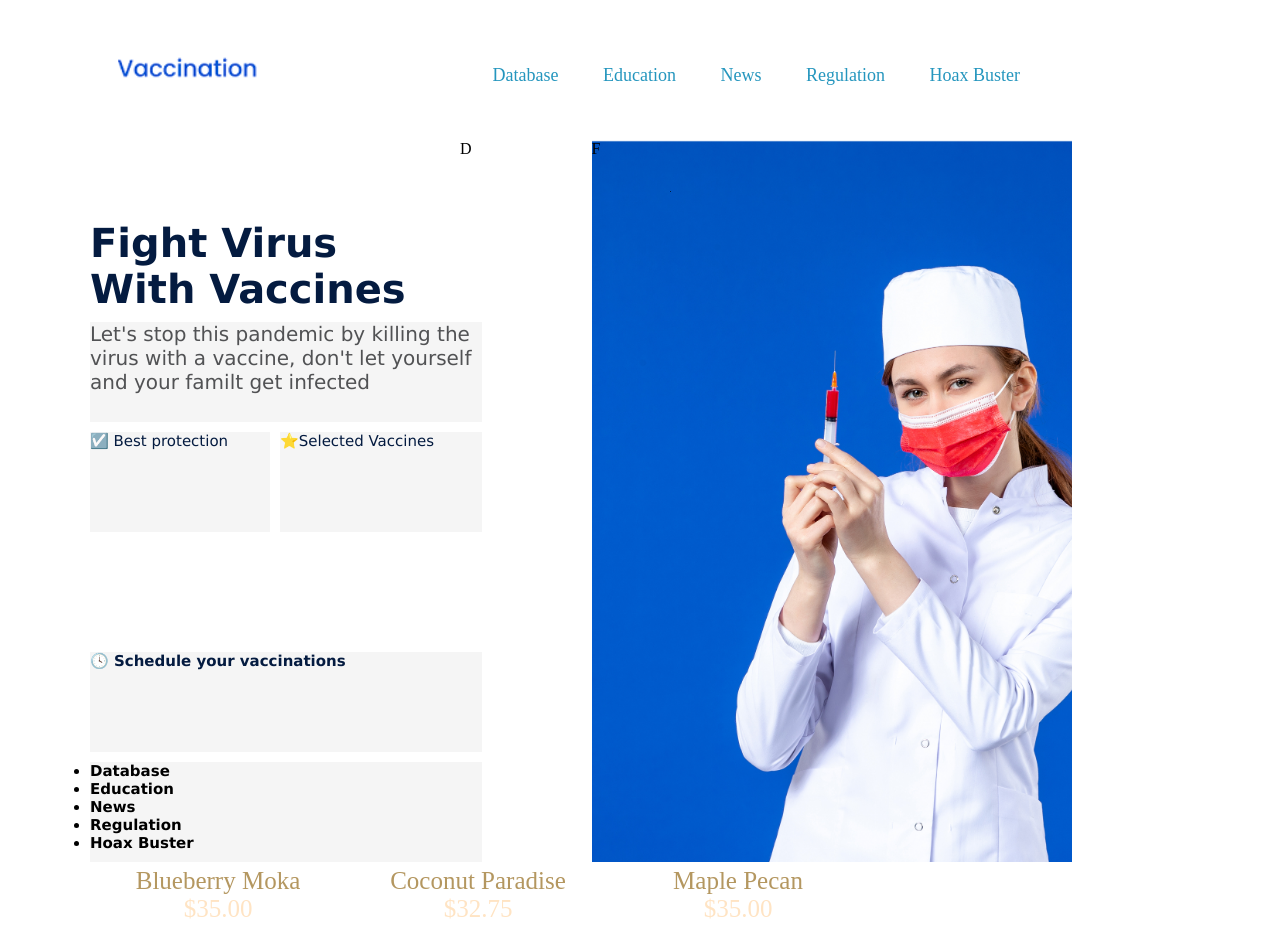
Repository: roge64/cssfrontend
Page: index.html
An editor plug-in stored every save of this project. The page is shown before and after the next save, followed by the edit.
The browser window is 1280 px wide. The pictures show the part of the page from y = 0 to 952 px (the page is 2338 px tall).
A picture or video elsewhere on the page could not be fetched, so the positions and the page height are approximate.

Above is the page before, as saved 2022-03-10 17:14:23.

### index.html
<!DOCTYPE html>
<html lang="en">

<head>
    <meta charset="UTF-8">
    <meta http-equiv="X-UA-Compatible" content="IE=edge">
    <meta name="viewport" content="width=device-width, initial-scale=1.0">
    <title>3 Cakes</title>
    <link rel="stylesheet" href="estilos/estilos.css">


</head>

<body>

    <section id="container">

        <header>
            <!--             <p style="color:#b49760"> Only 3 cakes for 3 months, and then we change all! </p> -->

        </header>

    <section id="banner">

        <article id="banner1">

        </article>

        <article id="banner2">
            <ul class="menu">
                <li><a href="#home"></a>Database</li>
                <li><a href="#cakes"></a>Education</li>
                <li><a href="#decor"></a>News</li>
                <li><a href="#order"></a>Regulation</li>
                <li><a href="#admin"></a>Hoax Buster</li>
                <!-- <li><a href="#void"></a>   </li> -->
            </ul>
        </article>

    </section>


<!--     <section id="tienda">
        <article id="cake1"> </article>
        <article id="cake2"> </article>
        <div class="wrapper">
            <div class="box e">E</div>
            <div class="box f">F</div>
            <div class="box g">G</div>
            <div class="box h">H</div>
        </div>
    </section> -->

    <div class="wrapper">
        <div class="box d">D</div>
        <div class="box e" style="color:#041b40">Fight Virus With Vaccines</div>
        <div class="box f">F</div>
        <div class="box g" style="color:#515254"> Let's stop this pandemic by killing the virus with a vaccine, don't let yourself and your familt get infected</div>
        <div class="box h" style="color:#041b40">☑️ Best protection</div>
        <div class="box i" style="color:#041b40"> ⭐Selected Vaccines</div>
        <div class="box j" style="color:#041b40"> 🕓 Schedule your vaccinations</div>

            <ul class="box k">
                <li><a href="#home"></a>Database</li>
                <li><a href="#cakes"></a>Education</li>
                <li><a href="#decor"></a>News</li>
                <li><a href="#order"></a>Regulation</li>
                <li><a href="#admin"></a>Hoax Buster</li>
            </ul>

    </div>

    <section id="names">
        <article id="name1">
            <p style="color:#b49760"> Blueberry Moka</p>
            <p style="color: bisque"> $35.00</p>
        </article>
        <article id="name2">
            <p style="color:#b49760"> Coconut Paradise</p>
            <p style="color: bisque"> $32.75</p>
        </article>
        <article id="name3">
            <p style="color:#b49760"> Maple Pecan</p>
            <p style="color: bisque"> $35.00</p>
        </article>
    </section>

    <section id="separador">


    </section>

    <section id="social">
        <article id="social1">
            <a href="#"><img src="img/instagram.png" alt="instagram"></a>
            <a href="#"><img src="img/facebook.png" alt="facebook"></a>
            <a href="#"><img src="img/youtube.png" alt="youtube"></a>
            <a href="#"><img src="img/twitter.png" alt="twitter"></a>
        </article>

        <article id="social2">
            <div id="lte_icons-2" class="widget widget_lte_icons">
                <h3 class="lte-header-widget " style="color:bisque"><span class="widget-icon"></span>Contact us
                </h3>
                <ul class="lte-social-icons-list">
                    <li>
                        <a href="#"><span class="lte-ic icon icon-phone-call"></span><span class="lte-header"
                                style="color:bisque">Phone:</span><span class="lte-txt" style="color:#b49760">+52
                                01-2345-6789<br> </span>
                        </a>
                    </li>
                    <li>
                        <a href="#"><span class="lte-ic icon icon-location"></span><span class="lte-header"
                                style="color:bisque">Our location:</span><span class="lte-txt" style="color:#b49760">975
                                FrontEnd Ave, NA 105048, Unknown</span>
                        </a>
                    </li>
                    <li>
                        <a href="#"><span class="lte-ic icon icon-mail"></span><span class="lte-header"
                                style="color:bisque">Email:</span><span class="lte-txt"
                                style="color:#b49760">3cakes@3cakes.com</span>
                        </a>
                    </li>
                    <li>
                        <a href="#">
                            <span class="lte-ic icon icon-mail"></span>
                            <span class="lte-header" style="color:bisque">Hours:</span>
                            <span class="lte-txt" style="color:#b49760">Monday - Friday: 10:00 - 20:00</span>
                            <br>
                            <span class="lte-txt" style="color:#b49760">Saturday -Sunday: 10:00 - 14:00</span>
                        </a>
                    </li>
                </ul>
            </div>

        </article>
    </section>


    <footer>
        <p style="color:#b49760"> Copyright &copy; 2021-<script>
                document.write(new Date().getFullYear())
            </script> Rogelio Valdés All Rights Reserved</p>
        <article id="footer1"></article>
    </footer>

    </section>

</body>

</html>

### estilos/estilos.css
*{
    border: 0 ;
    margin: 0 ;
    padding: 0;
/*     text-decoration: none; */
}

body{
/*     font-family: Geneva; */
    background-color: rgb(0, 0, 0);
    width:1100px;
    margin-left:auto;
    margin-right:auto;

    background-color:white;
/* background-image:
radial-gradient(circle at 100% 150%, black 24%, #101010 24%, #101010 28%, black 28%, black 36%, #101010 36%, #101010 40%, transparent 40%, transparent),
radial-gradient(circle at 0    150%, black 24%, #101010 24%, #101010 28%, black 28%, black 35%, #101010 36%, #101010 40%, transparent 40%, transparent),
radial-gradient(circle at 50%  100%, #101010 10%, black 10%, black 23%, #101010 23%, #101010 30%, black 30%, black 43%, #101010 43%, #101010 50%, black 50%, black 63%, #101010 63%, #101010 71%, transparent 71%, transparent),
radial-gradient(circle at 100% 50%, #101010 5%, black 5%, black 15%, #101010 15%, #101010 20%, black 20%, black 29%, #101010 29%, #101010 34%, black 34%, black 44%, #101010 44%, #101010 49%, transparent 49%, transparent),
radial-gradient(circle at 0    50%, #101010 5%, black 5%, black 15%, #101010 15%, #101010 20%, black 20%, black 29%, #101010 29%, #101010 34%, black 34%, black 44%, #101010 44%, #101010 48%, transparent 49%, transparent);
background-size: 50px 31px;
 */
}

.menu{
    list-style: none;
    padding: 0;
    background: white;
    width: 90%;
    height: 75px;
    max-width: 900px;
    margin: auto;
}

.menu li{
    text-decoration: none;
    color: #2596be;
    padding: 20px;
    display: block;
}

.menu li{
    display: inline-block;
    text-align: right;
}

.menu li:hover{
    background: #2747c5;
}


#container, header, #banner, #noticias, #marcas, footer, #social1{
    /* background-color:rgb(255, 255, 255); */
    background-color:white;
/* background-image:
radial-gradient(circle at 100% 150%, black 24%, #101010 24%, #101010 28%, black 28%, black 36%, #101010 36%, #101010 40%, transparent 40%, transparent),
radial-gradient(circle at 0    150%, black 24%, #101010 24%, #101010 28%, black 28%, black 35%, #101010 36%, #101010 40%, transparent 40%, transparent),
radial-gradient(circle at 50%  100%, #101010 10%, black 10%, black 23%, #101010 23%, #101010 30%, black 30%, black 43%, #101010 43%, #101010 50%, black 50%, black 63%, #101010 63%, #101010 71%, transparent 71%, transparent),
radial-gradient(circle at 100% 50%, #101010 5%, black 5%, black 15%, #101010 15%, #101010 20%, black 20%, black 29%, #101010 29%, #101010 34%, black 34%, black 44%, #101010 44%, #101010 49%, transparent 49%, transparent),
radial-gradient(circle at 0    50%, #101010 5%, black 5%, black 15%, #101010 15%, #101010 20%, black 20%, black 29%, #101010 29%, #101010 34%, black 34%, black 44%, #101010 44%, #101010 48%, transparent 49%, transparent);
background-size: 50px 31px;
 */
    height: 1500px;
    width: 1100px;

}

header{
/*     background-color:antiquewhite;
 */
    height: 40px;
    text-align: center;
    font-size: x-large;

}

#banner{
    background-color:white;
/*     background-color:rgb(25, 25, 25); */
    width: 1100px;
    height: 100px;


}


#noticias{
/*     background-color: antiquewhite;
 */
    height: 200px;
}

#tienda #names{
/*     background-color: grey; */
/* background-color:black;
background-image:
radial-gradient(circle at 100% 150%, black 24%, #101010 24%, #101010 28%, black 28%, black 36%, #101010 36%, #101010 40%, transparent 40%, transparent),
radial-gradient(circle at 0    150%, black 24%, #101010 24%, #101010 28%, black 28%, black 35%, #101010 36%, #101010 40%, transparent 40%, transparent),
radial-gradient(circle at 50%  100%, #101010 10%, black 10%, black 23%, #101010 23%, #101010 30%, black 30%, black 43%, #101010 43%, #101010 50%, black 50%, black 63%, #101010 63%, #101010 71%, transparent 71%, transparent),
radial-gradient(circle at 100% 50%, #101010 5%, black 5%, black 15%, #101010 15%, #101010 20%, black 20%, black 29%, #101010 29%, #101010 34%, black 34%, black 44%, #101010 44%, #101010 49%, transparent 49%, transparent),
radial-gradient(circle at 0    50%, #101010 5%, black 5%, black 15%, #101010 15%, #101010 20%, black 20%, black 29%, #101010 29%, #101010 34%, black 34%, black 44%, #101010 44%, #101010 48%, transparent 49%, transparent);
background-size: 50px 31px; */

    height: 300px;
    width: 1000px;
    padding-left: 10px;
    padding-right: 10px;
    padding-top: 5px;
    text-align: center;
}

#marcas{
/*     background-color:rgb(58, 41, 18); */
    height: 205px;
}


footer{
    width: 800px;
/*     background-color:rgb(0, 0, 0); */
    text-align: center;
    height: 25px;
    padding-top: 7px;

}


#banner #banner1{
/*     background-color: rgb(180, 134, 73); */
    width: 170px;
    height: 50px;
    float: left;
    text-align: center;
/*     display: inline-block; */
    margin: 5px 5px;
    background-image: url("../img/logo1.png");
    background-repeat: no-repeat;
    background-size: cover;
}

#banner #banner2{
/*     background-color: rgb(180, 134, 73); */
    width: 750px;
    height: 100px;
    float: right;
/*     display: inline-block; */
    /* vertical-align: center;  */
    margin: 5px 5px;
    font-size: 18px;
}

#noticias #news1{
/*     background-color: rgb(41, 38, 34); */
    font-size: 50px;

    text-align: center;
    width: 790px;
    height: 200px;
    display: inline-block;
    vertical-align: center;
    margin: 5px 5px;

}


#tienda #cake1{
    background: rgb(109, 175, 33);
    width: 480px;
    height: 485px;
    display: inline-block;
    vertical-align: top;
    margin: 5px 8px;

}

#tienda #cake2{
    background: cornflowerblue;
    width: 450px;
    height: 585px;
    display: inline-block;
    vertical-align: top;
    margin: 5px 70px;
    background-image: url("../img/picx1.png");
    background-repeat: no-repeat;
    background-size: cover;
}

/* #tienda #cake3{
    background: rgb(175, 169, 112);
    width: 240px;
    height: 285px;
    display: inline-block;
    vertical-align: top;
    margin: 5px 5px;
} */

#names #name1{
    font-size: 25px;
    text-align: center;
    width: 240px;
    height: 60px;
    display: inline-block;
    vertical-align: top;
    margin: 5px 8px;
}

#names #name2{
    font-size: 25px;
    text-align: center;
    width: 240px;
    height: 60px;
    display: inline-block;
    vertical-align: top;
    margin: 5px 8px;
}

#names #name3{
    font-size: 25px;
    text-align: center;
    width: 240px;
    height: 60px;
    display: inline-block;
    vertical-align: top;
    margin: 5px 8px;
}

#social #social1{
    text-decoration: none;
/*     background: rgb(109, 175, 33); */
    width: 375px;
    height: 150px;
    display: inline-block;
    vertical-align: center;
    margin: 10px 12px;
}

#social #social2{
    text-decoration: none;
/*     background: rgb(109, 175, 33); */
    width: 375px;
    height: 150px;
    display: inline-block;
    vertical-align: center;
    margin: 10px 10px;
}

#social #social1 {
    color: rgb(175, 169, 112);


}

#separador {
        width: 800px;
        text-align: center;
        height: 100px;

}

.wrapper {
    display: grid;
    grid-template-columns: repeat(1, 1fr);
    gap: 10px;
    grid-auto-rows: minmax(100px, auto);
  }


  .e {
    grid-column: 1 / 38;
    grid-row: 1 / 2;
    margin-top: 80px;
    background-color:white;
    font-family:Verdana, Geneva, Tahoma, sans-serif;
    font-size: 40px;
    font-weight: 600;
    font-stretch: expanded;
  }
  .f {
    grid-column: 50 / 99;
    grid-row: 1 / 7;
    background-color:aqua;
    background-image: url("../img/picx1.png");
    background-repeat: no-repeat;
    background-size: cover;

  }
  .g {
    grid-column: 1 / 40;
    grid-row: 2 / 3;
    margin-top: 20;
    background-color:whitesmoke;
    font-family:Verdana, Geneva, Tahoma, sans-serif;
    font-size: 20px;
    font-weight: 500;
    font-stretch: expanded;
  }
  .h {
    grid-column: 1 / 20;
    grid-row: 3 / 3;
    background-color:whitesmoke;
    font-family:Verdana, Geneva, Tahoma, sans-serif;
    font-size: 15px;
    font-weight: 200;
    font-stretch: expanded;
  }
  .i {
    grid-column: 20 / 40;
    grid-row: 3 / 3;
    background-color:whitesmoke;
    font-family:Verdana, Geneva, Tahoma, sans-serif;
    font-size: 15px;
    font-weight: 200;
    font-stretch: expanded;
  }
  .j {
    grid-column: 1 / 40;
    grid-row: 5 / 5;
    background-color:whitesmoke;
    font-family:Verdana, Geneva, Tahoma, sans-serif;
    font-size: 15px;
    font-weight: 600;
    font-stretch: expanded;
  }
  .k {
    grid-column: 1 / 40;
    grid-row: 6 / 6;
    background-color:whitesmoke;
    font-family:Verdana, Geneva, Tahoma, sans-serif;
    font-size: 15px;
    font-weight: 600;
    font-stretch: expanded;
  }

After the next save:
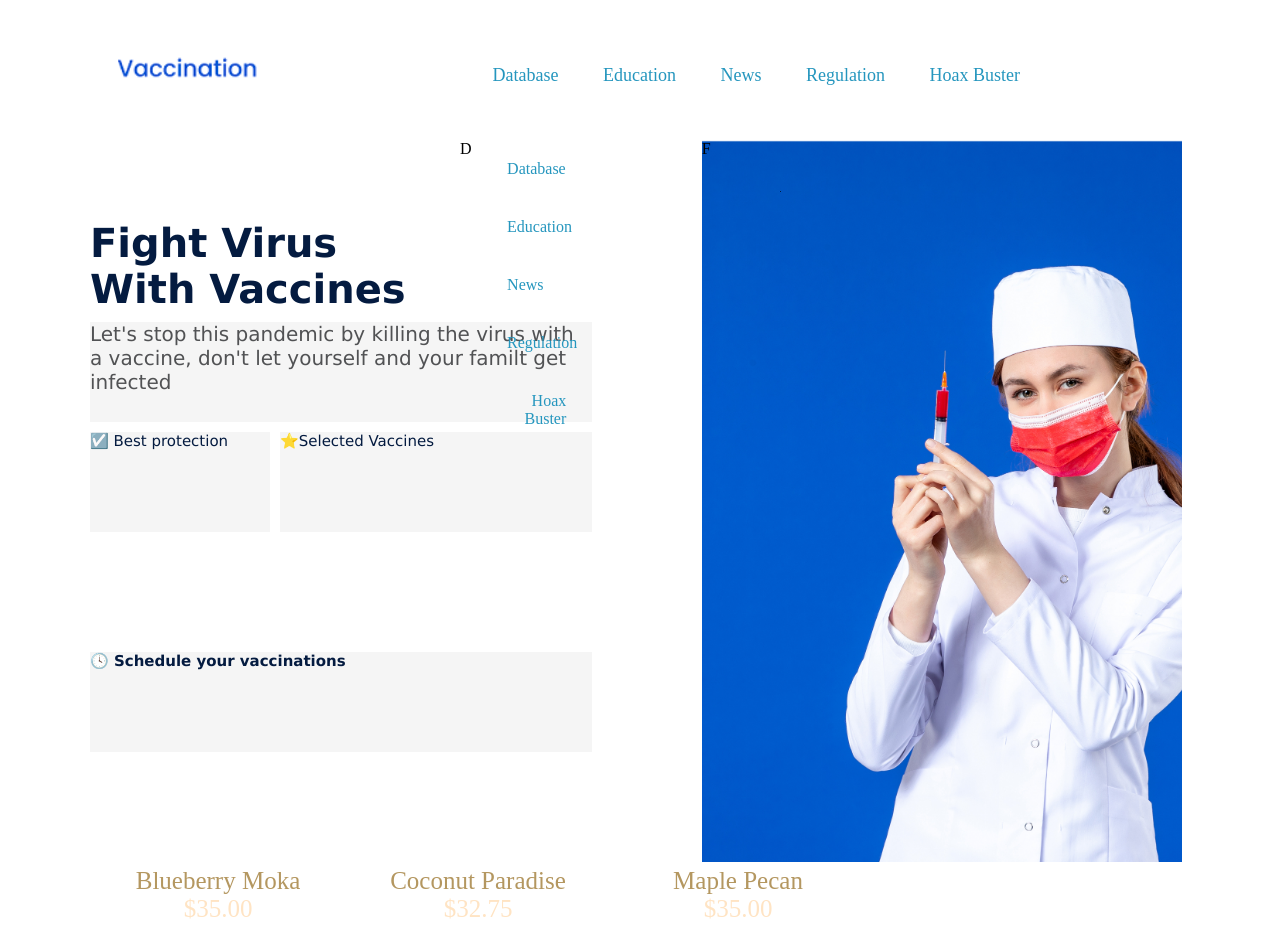
Saved 81 s later.
--- a/index.html
+++ b/index.html
@@ -59,14 +59,16 @@
         <div class="box h" style="color:#041b40">☑️ Best protection</div>
         <div class="box i" style="color:#041b40"> ⭐Selected Vaccines</div>
         <div class="box j" style="color:#041b40"> 🕓 Schedule your vaccinations</div>
-
-            <ul class="box k">
+        <article id="banner2">
+            <ul class="menu">
                 <li><a href="#home"></a>Database</li>
                 <li><a href="#cakes"></a>Education</li>
                 <li><a href="#decor"></a>News</li>
                 <li><a href="#order"></a>Regulation</li>
                 <li><a href="#admin"></a>Hoax Buster</li>
+                <!-- <li><a href="#void"></a>   </li> -->
             </ul>
+        </article>
 
     </div>
 

After the 2 saves that followed:
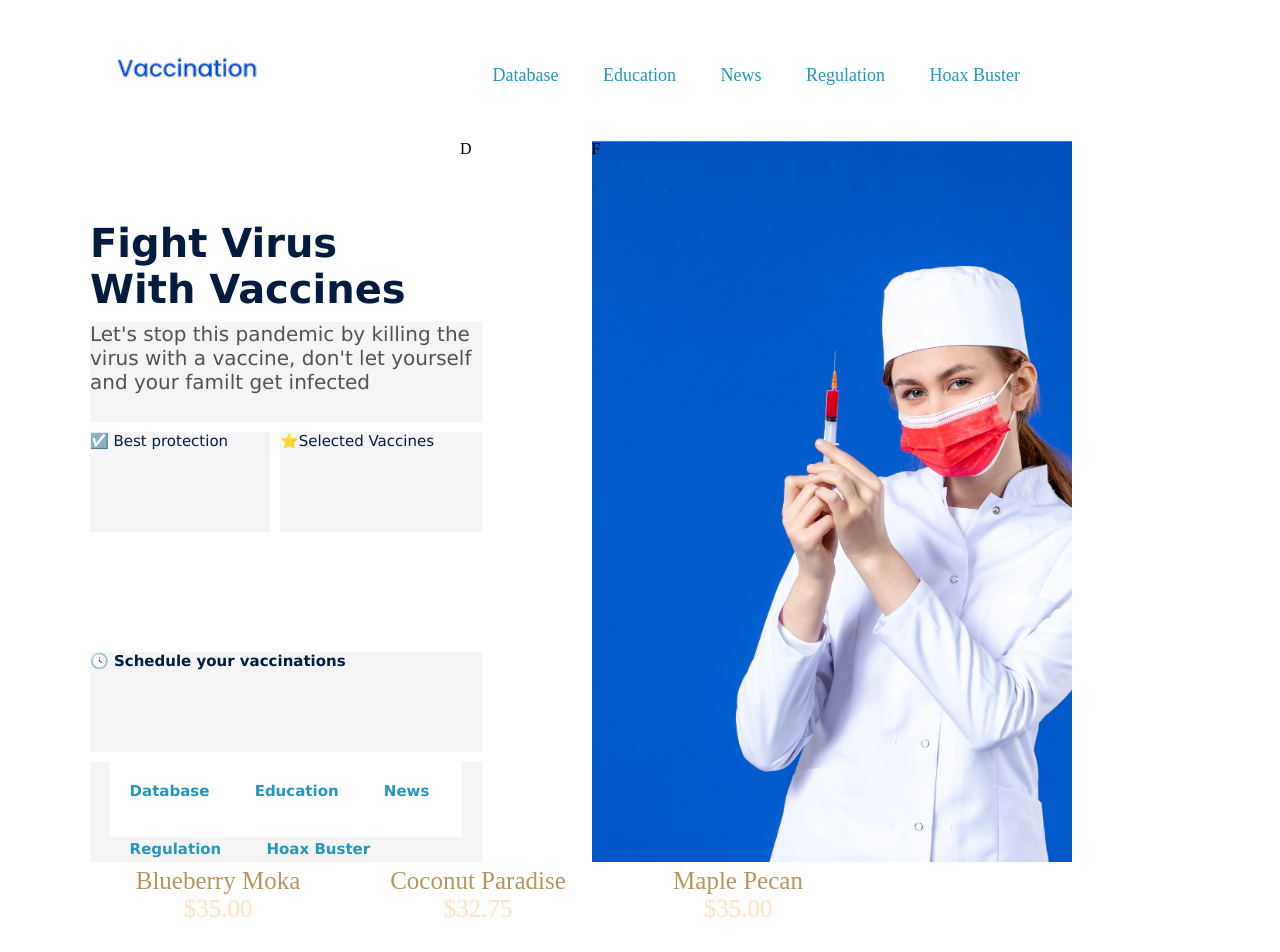
The 2 saves are shown as one change because 1 left the picture as it was.
The last was saved 65 s later.
--- a/index.html
+++ b/index.html
@@ -59,7 +59,7 @@
         <div class="box h" style="color:#041b40">☑️ Best protection</div>
         <div class="box i" style="color:#041b40"> ⭐Selected Vaccines</div>
         <div class="box j" style="color:#041b40"> 🕓 Schedule your vaccinations</div>
-        <article id="banner2">
+        <article id="banner3">
             <ul class="menu">
                 <li><a href="#home"></a>Database</li>
                 <li><a href="#cakes"></a>Education</li>
--- a/estilos/estilos.css
+++ b/estilos/estilos.css
@@ -331,3 +331,13 @@
     font-weight: 600;
     font-stretch: expanded;
   }
+
+  #banner3 {
+    grid-column: 1 / 40;
+    grid-row: 6 / 6;
+    background-color:whitesmoke;
+    font-family:Verdana, Geneva, Tahoma, sans-serif;
+    font-size: 15px;
+    font-weight: 600;
+    font-stretch: expanded;
+  }
